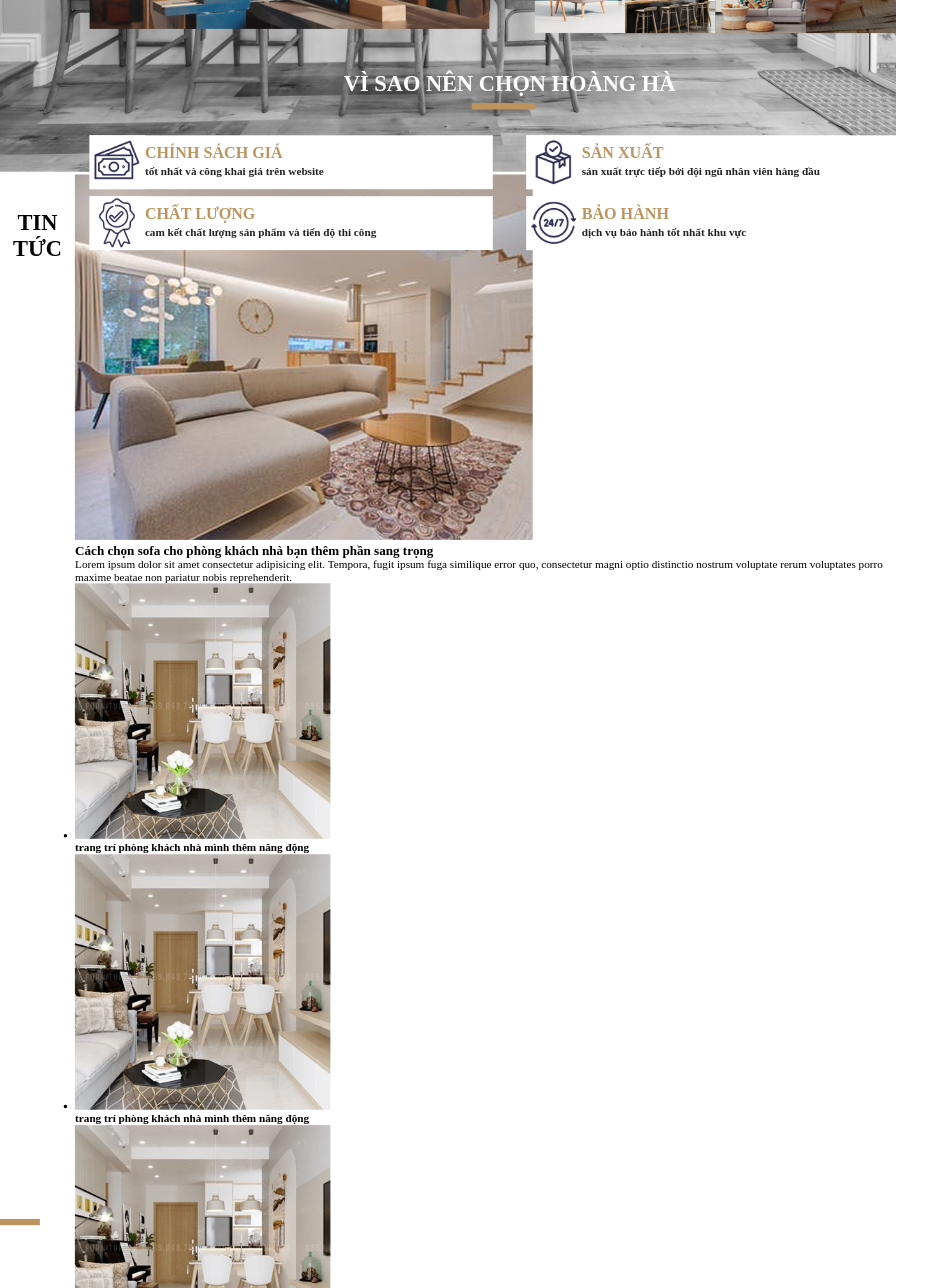
Repository: LDDUNG2003/front_end
Page: index.html
These files come from the project's save history. The page is drawn as it stood at one moment and after the next save; the edit follows.
The browser window is 1280 px wide. The page is 1328 px wide, so the pictures cover 1328 px, including what lies to the right of the window. The pictures show the part of the page from y = 2215 to 4055 px (the page is 4597 px tall before and 4150 px after), at 70% of full size.
Some web libraries are served in a nearby version.

Above is the page before, as saved 2023-08-29 14:18:54.

After the next save:
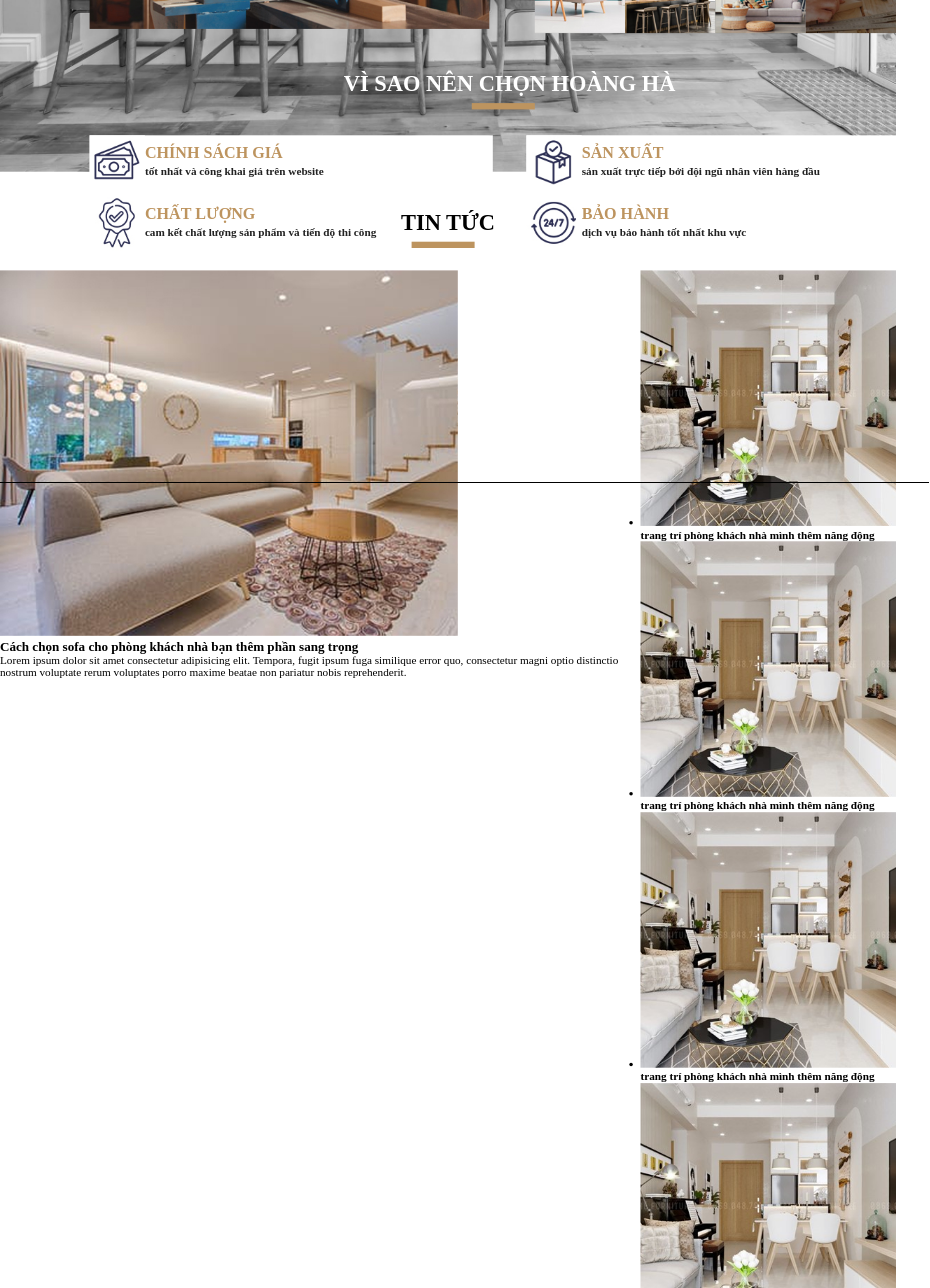
Saved 18 s later.
--- a/public/css/home.css
+++ b/public/css/home.css
@@ -211,14 +211,14 @@
     color: var(--text-color);
 }
 
-.news {
-    display: flex;
-    width: 100%;
-}
+.news {}
 
 .content--title {}
 
-.news--contain {}
+.news--contain {
+    display: flex;
+    width: 100%;
+}
 
 .news--contain--item {}
 
